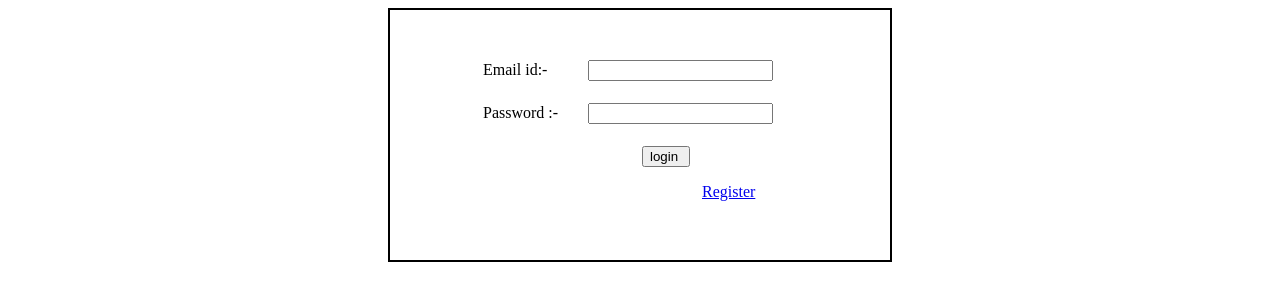
Repository: ShivrajMPujari/ServletApplication
Page: http://localhost/LoginRegistration/
The author's editor kept a copy of each file at every save. The page is drawn from the files as they stood at one save, then again after the next save.
The browser window is 1280 px wide. The pictures show the whole page.
The page is served by Tomcat 9.

Above is the page before, as saved 2018-07-12 05:00:44.

After the next save:
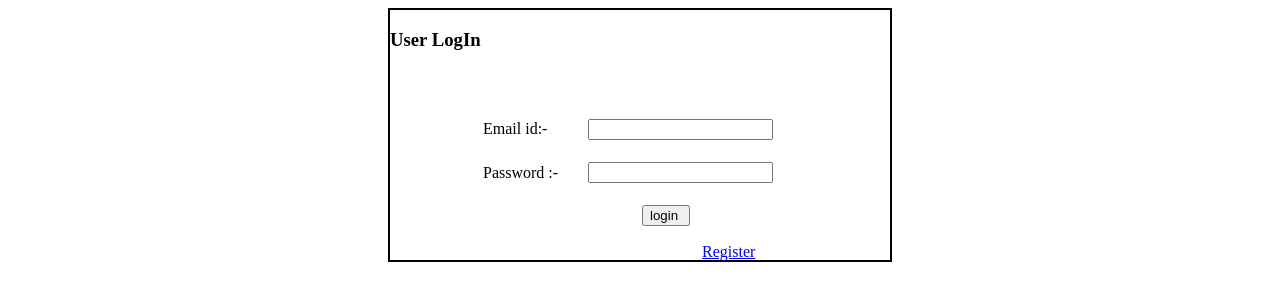
Saved 38 min 58 s later.
--- a/LoginRegistration/src/main/webapp/index.jsp
+++ b/LoginRegistration/src/main/webapp/index.jsp
@@ -41,6 +41,7 @@ var validation = function() {
 <body>
 
 <div class="tableDiv">
+  <h3 class = "heading" > User LogIn </h3>
 <form action="login" method="get" name="myForm" onsubmit="return validation()">
           <table class="loginTabel">
 
